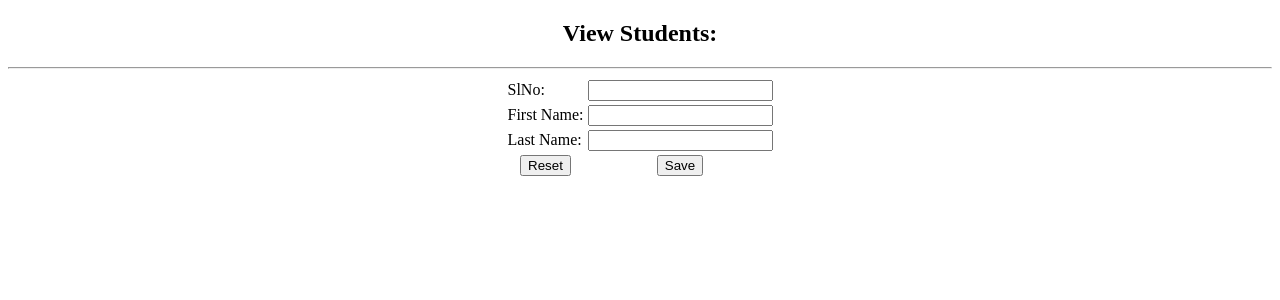
Repository: mdzeyan/JavaFSD-phase2-project
Page: Learners_Academy/src/main/webapp/ViewStudentsList.html
An editor plug-in stored every save of this project. The page is shown before and after the next save, followed by the edit.
The browser window is 1280 px wide. The pictures show the whole page.

Above is the page before, as saved 2022-03-29 12:53:13.

After the next save:
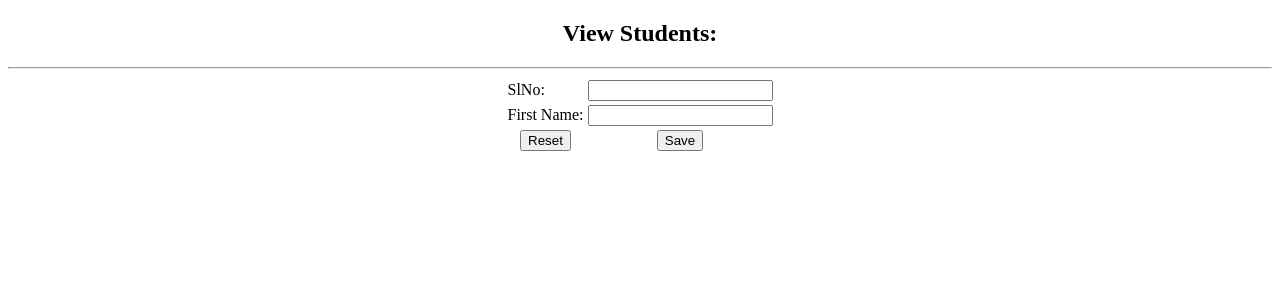
Saved 59 s later.
--- a/Learners_Academy/src/main/webapp/ViewStudentsList.html
+++ b/Learners_Academy/src/main/webapp/ViewStudentsList.html
@@ -19,10 +19,6 @@
 			<td><input type="text" name="firstName"></td>
 		</tr>
 		<tr>
-			<td>Last Name:</td>
-			<td><input type="text" name="lastName"></td>
-		</tr>
-		<tr>
 			<td align="center"><input type="reset" value="Reset"></td>
 			<td align="center"><input type="submit" value="Save" name="button"></td>
 		</tr>
